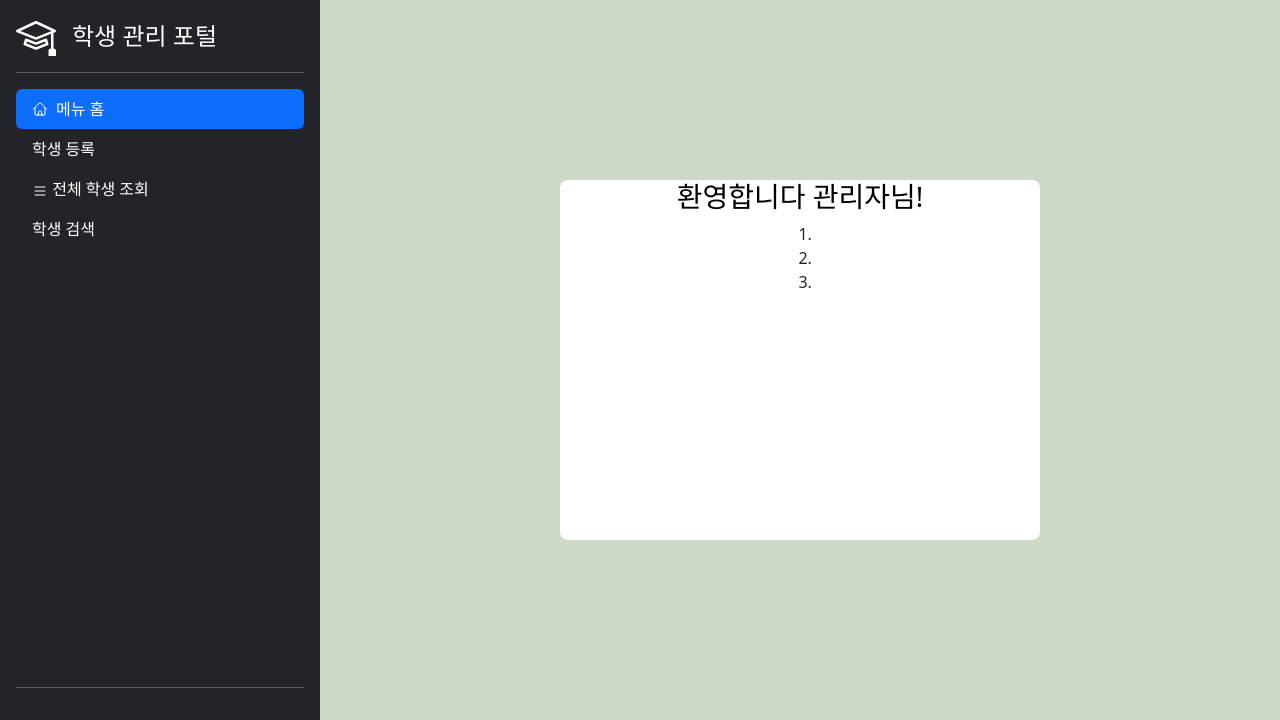
Repository: invisibleufo101/StudentManagementWeb
Page: HSW_Web/src/main/webapp/index.html
The author's editor kept a copy of each file at every save. The page is drawn from the files as they stood at one save, then again after a run of saves.
The browser window is 1280 px wide. The pictures show the whole page.

Above is the page before, as saved 2024-09-19 11:22:29.

After the next 2 saves:
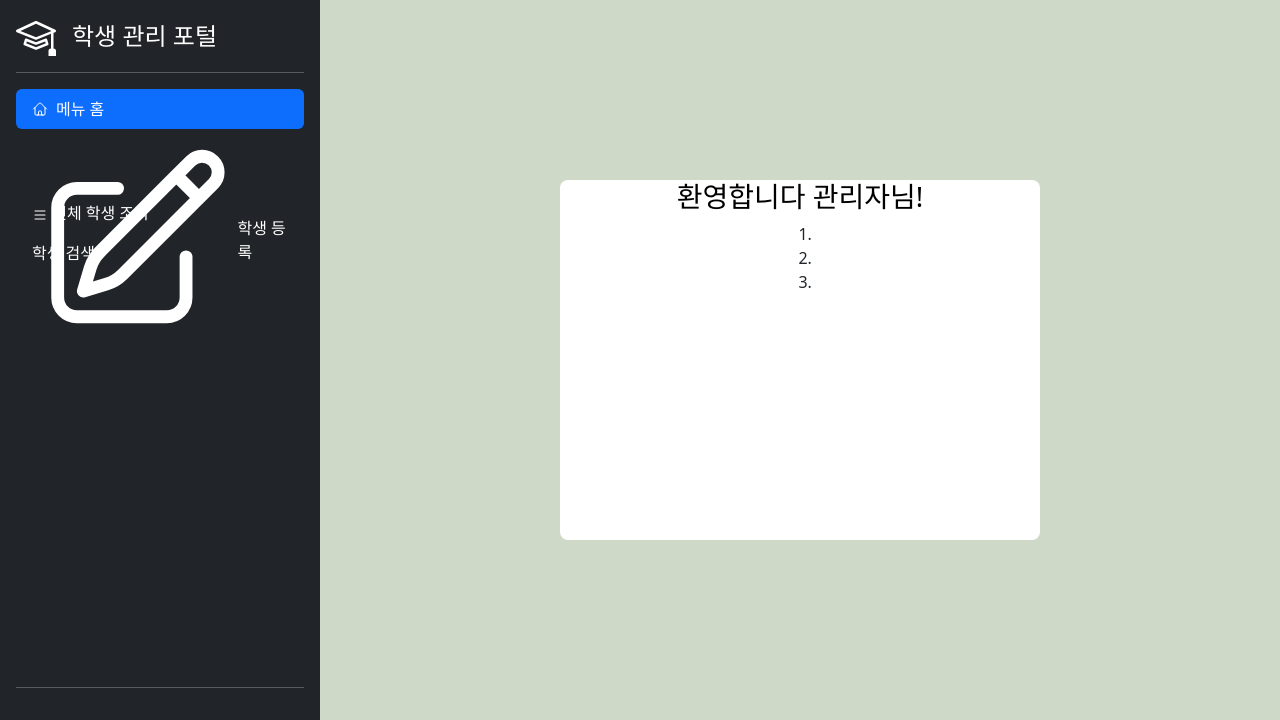
The 2 saves are shown as one change because they came seconds apart.
The last was saved 66 s later.
--- a/HSW_Web/src/main/webapp/index.html
+++ b/HSW_Web/src/main/webapp/index.html
@@ -34,7 +34,12 @@
 				</li>
 				<li>
 					<a href="#" class="nav-link text-white">
-						학생 등록
+						<div class="d-flex align-items-center">
+							<svg xmlns="http://www.w3.org/2000/svg" fill="none" viewBox="0 0 24 24" stroke-width="1.5" stroke="currentColor" class="size-6">
+								<path stroke-linecap="round" stroke-linejoin="round" d="m16.862 4.487 1.687-1.688a1.875 1.875 0 1 1 2.652 2.652L10.582 16.07a4.5 4.5 0 0 1-1.897 1.13L6 18l.8-2.685a4.5 4.5 0 0 1 1.13-1.897l8.932-8.931Zm0 0L19.5 7.125M18 14v4.75A2.25 2.25 0 0 1 15.75 21H5.25A2.25 2.25 0 0 1 3 18.75V8.25A2.25 2.25 0 0 1 5.25 6H10" />
+							</svg>
+							<p class="m-0">학생 등록</p>
+						</div>
 					</a>
 				</li>
 				<li>
